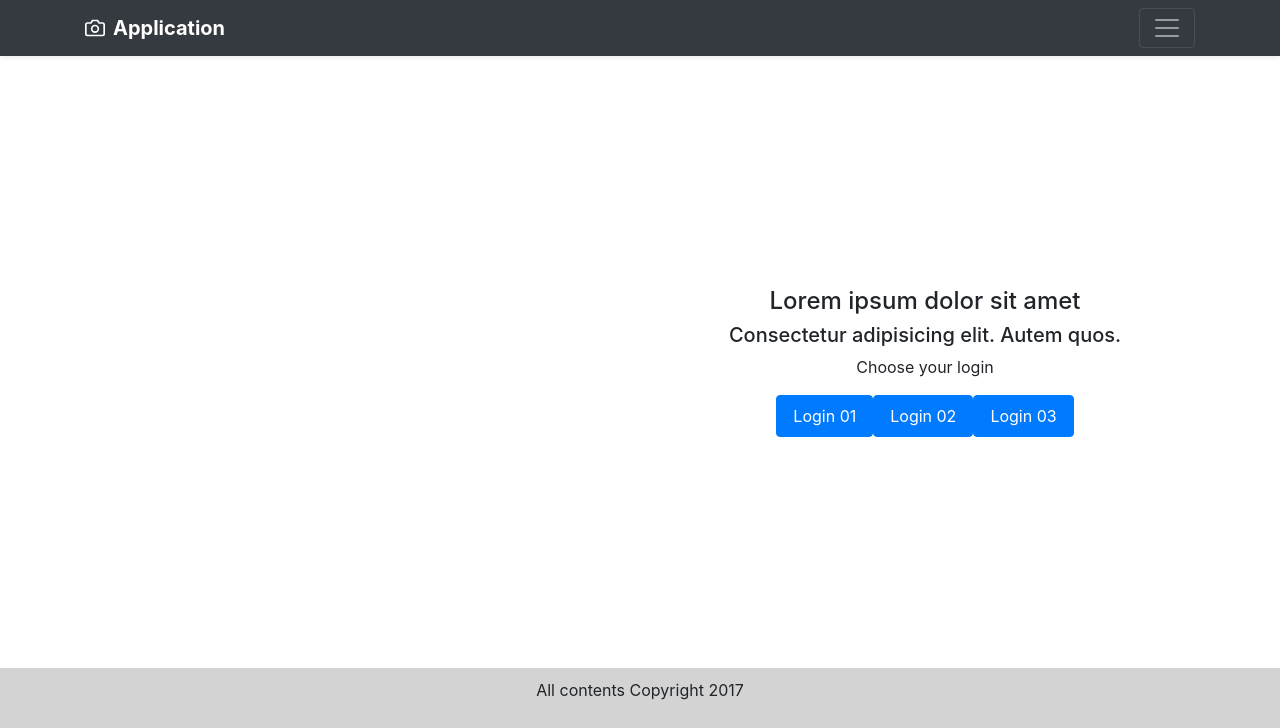
Repository: bijoysen/angular7-landing-login
Page: /
An editor plug-in stored every save of this project. The page is shown before and after the next save, followed by the edit.
The browser window is 1280 px wide. The pictures show the whole page.
The project was rebuilt for these pictures with package versions that can differ from the ones it lists, and the page was loaded fresh each time. Also part of the build but not shown: angular.json, src/app/pre/login-one/login-one.component.ts, src/app/pre/login-two/login-two.component.ts, src/app/pre/login-three/login-three.component.ts.

Above is the page before, as saved 2018-12-17 18:59:54.

After the next save:
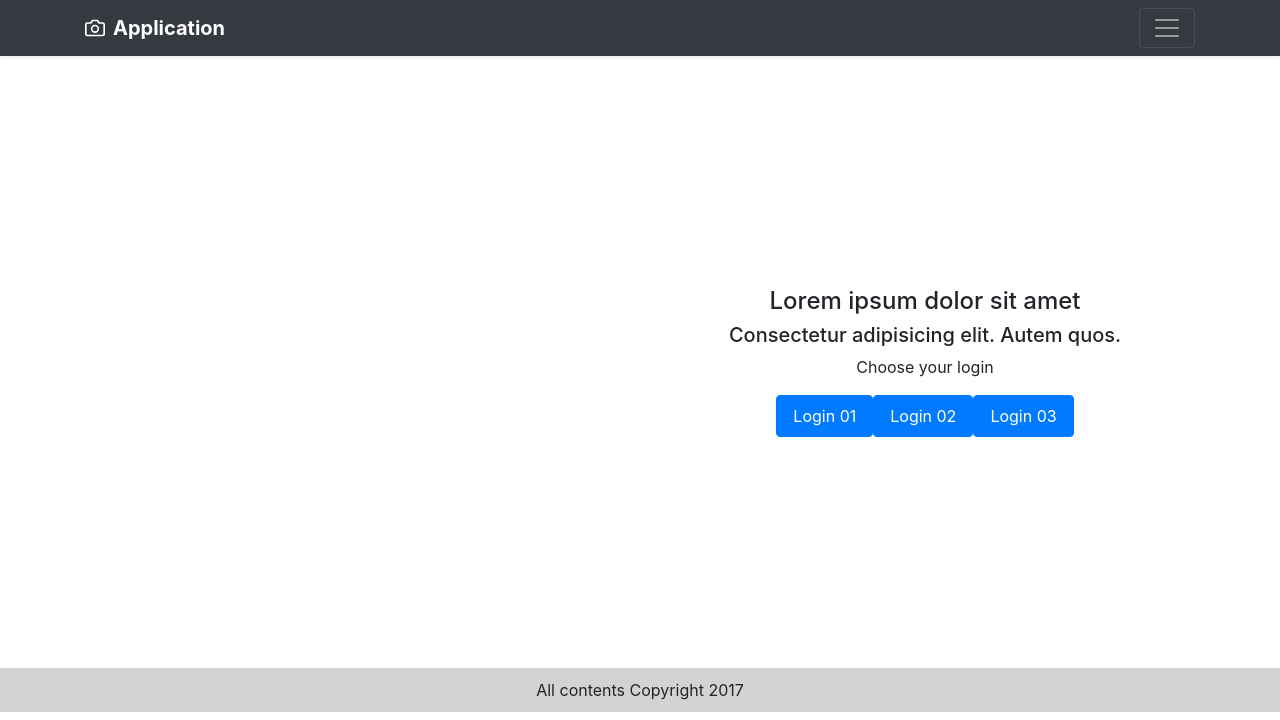
Saved 29 s later.
--- a/src/app/shared/footer/footer.component.scss
+++ b/src/app/shared/footer/footer.component.scss
@@ -1,4 +1,7 @@
 .pageFooter {
     background: #d3d3d3;
     padding: 10px 0;
+    p {
+        margin-bottom: 0;
+    }
 }
